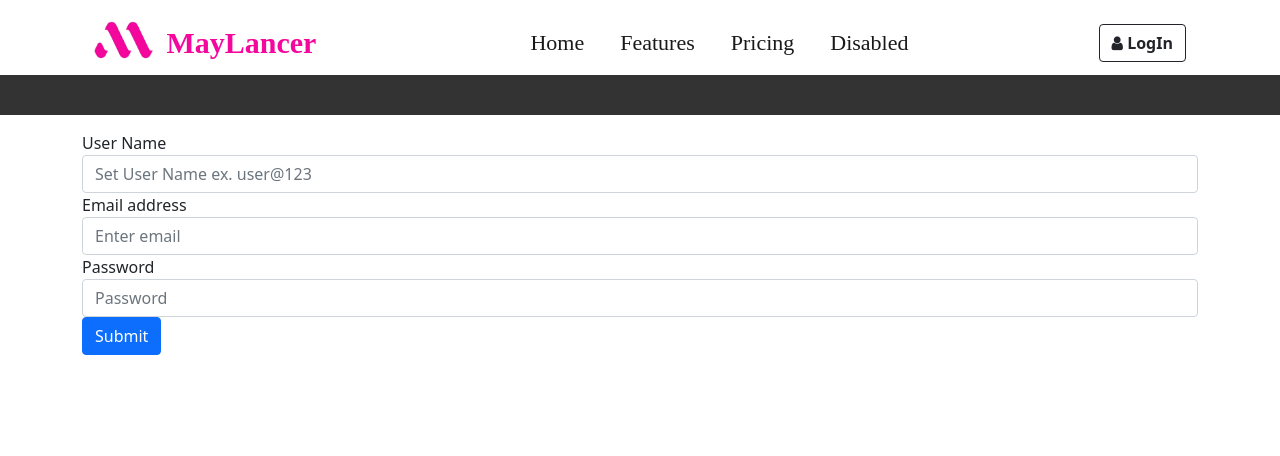
Repository: prathmesh2023/maylancers
Page: http://localhost/register
An editor plug-in stored every save of this project. The page is shown before and after the next save, followed by the edit.
The browser window is 1280 px wide. The pictures show the whole page.
Some web fonts or font styles are not loaded; a fallback is used. Some web libraries are served in a nearby version. The page is served by the project's application, run on Django 3.2 (manage.py). Other server files are loaded and not shown.

Above is the page before, as saved 2022-01-23 19:49:58.

### templates/register.html
{% extends "base.html" %} {% block title %} Register|MayLancer {% endblock title %} {% block main %}
<div class="container my-3">

    <form>
        <div class="form-group">
            <label for="exampleInputEmail1">User Name</label>
            <input type="text" class="form-control" id="exampleInputEmail1" aria-describedby="emailHelp" placeholder="Set User Name ex. user@123 ">

        </div>

        <div class="form-group">
            <label for="exampleInputEmail1">Email address</label>
            <input type="email" class="form-control" id="exampleInputEmail1" aria-describedby="emailHelp" placeholder="Enter email">

        </div>
        <div class="form-group">
            <label for="exampleInputPassword1">Password</label>
            <input type="password" class="form-control" id="exampleInputPassword1" placeholder="Password">
        </div>



        <button type="submit" class="btn btn-primary">Submit</button>
    </form>
</div>
{% endblock main %}

### templates/base.html
<!DOCTYPE html>
<html lang="en">

<head>
    <!-- Required meta tags -->
    <meta charset="utf-8" />
    <meta name="viewport" content="width=device-width, initial-scale=1" />

    <!-- Bootstrap CSS -->

    {% load static %}

    <link href="{% static 'bootstrap-5/css/bootstrap.min.css' %}" type="text/css" rel="stylesheet" />
    <link href="{% static 'css/main.css' %}" type="text/css" rel="stylesheet">

    <!-- js bostrap -->
    <script src="https://code.jquery.com/jquery-3.2.1.slim.min.js" integrity="sha384-KJ3o2DKtIkvYIK3UENzmM7KCkRr/rE9/Qpg6aAZGJwFDMVNA/GpGFF93hXpG5KkN" crossorigin="anonymous"></script>
    <script src="https://cdnjs.cloudflare.com/ajax/libs/popper.js/1.12.9/umd/popper.min.js" integrity="sha384-ApNbgh9B+Y1QKtv3Rn7W3mgPxhU9K/ScQsAP7hUibX39j7fakFPskvXusvfa0b4Q" crossorigin="anonymous"></script>
    <script src="https://maxcdn.bootstrapcdn.com/bootstrap/4.0.0/js/bootstrap.min.js" integrity="sha384-JZR6Spejh4U02d8jOt6vLEHfe/JQGiRRSQQxSfFWpi1MquVdAyjUar5+76PVCmYl" crossorigin="anonymous"></script>
    <!-- / -->
    <link rel="stylesheet" href="https://cdnjs.cloudflare.com/ajax/libs/font-awesome/4.7.0/css/font-awesome.min.css">
    <link href='https://fonts.googleapis.com/css?family=Concert One' rel='stylesheet'>
    <link href='https://fonts.googleapis.com/css?family=Courgette' rel='stylesheet'>
    <link href='https://fonts.googleapis.com/css?family=Jockey One' rel='stylesheet'>

    <!--  -->
    {% load static %}
    <title>{% block title %} {% endblock %}</title>
</head>


<body>


    <div class="container">
        <nav class="navbar navbar-expand-lg navbar-light bg-white">
            <div class="container-fluid">
                <a class="navbar-brand" href="#"><img class="brand " src="{% static 'img/logo.png' %}"> <span class="mx-2 Courgette" style=" color: #f5069d;  font-size: 30px;"> <b>MayLancer</b></span></a>
                <button class="navbar-toggler" type="button" data-bs-toggle="collapse" data-bs-target="#navbarNav" aria-controls="navbarNav" aria-expanded="false" aria-label="Toggle navigation">
      <span class="navbar-toggler-icon"></span>
    </button>
                <div class="collapse navbar-collapse" id="navbarNav">
                    <ul class="navbar-nav mx-auto ">
                        <li class="nav-item">
                            <a class="nav-link active" aria-current="page" href="#">Home</a>
                        </li>
                        <li class="nav-item ">
                            <a class="nav-link active" href="#">Features</a>
                        </li>
                        <li class="nav-item ">
                            <a class="nav-link active" href="#">Pricing</a>
                        </li>
                        <li class="nav-item  ">
                            <a class="nav-link active disabled">Disabled</a>
                        </li>
                    </ul>



                    {% if user.is_authenticated %} &nbsp;<span class=""> <b>

                        {{ user.username }}</b></span> &nbsp;&nbsp;
                    <a href="/logout">Logout</a> {% else %}
                    <a href="/login"><button class="btn btn-outline-dark"><span class="fa fa-user"> </span> <b>LogIn</b></button></a> {% endif %}

                </div>
            </div>
        </nav>
    </div>


    <div class="navbar " style="height: 40px; margin-top: -10px; background-color: #000000cc;">




    </div>


    {% block main %} {% endblock main %}

    <!--
    <div class="container my-5">
        <div class="row">
            <div class="col-md-3">

                <div class="card  m-0 p-0" style="border: solid 2px #f5069d ; border-top-right-radius: 0px; border-top-left-radius: 0px; border-top: none ;">
                    <div class="card-body ">
                        <img src="painter.jpg" class="img border-0 p-0">
                        <h2 style="margin-top:20px;">
                            Painter
                        </h2>
                        <p class="card-text"><b>Find Painters nearby you</b></p>
                        <a href="#" class="btn sub">  Find </a>
                    </div>
                </div>

            </div>


            <div class="col-md-3">

                <div class="card  m-0 p-0" style="border: solid 2px #f5069d ; border-top-right-radius: 0px; border-top-left-radius: 0px; border-top: none ;">
                    <div class="card-body ">
                        <img src="mechanic.jpg" class="img border-0 p-0">
                        <h2 style="margin-top:20px;">
                            Mechanic
                        </h2>
                        <p class="card-text"><b>Find Mechanics nearby you</b></p>
                        <a href="#" class="btn sub"> Find </a>
                    </div>
                </div>

            </div>



            <div class="col-md-3">

                <div class="card  m-0 p-0" style="border: solid 2px #f5069d ; border-top-right-radius: 0px; border-top-left-radius: 0px; border-top: none ;">
                    <div class="card-body ">
                        <img src="designer1.jpg" class="img border-0 p-0">
                        <h2 style="margin-top:20px;">
                            Designer
                        </h2>
                        <p class="card-text"><b>Find Designer nearby you</b></p>
                        <a href="#" class="btn sub"> Find </a>
                    </div>
                </div>

            </div>


            <div class="col-md-3">

                <div class="card  m-0 p-0" style="border: solid 2px #f5069d ; border-top-right-radius: 0px; border-top-left-radius: 0px; border-top: none ;">
                    <div class="card-body ">
                        <img src="doctor.jpg" class="img border-0 p-0">
                        <h2 style="margin-top:20px;">
                            Doctor
                        </h2>
                        <p class="card-text"><b>Find Doctors nearby you</b></p>
                        <a href="#" class="btn sub"> Find </a>
                    </div>
                </div>

            </div>
        </div>
    </div> -->

    <!-- / -->





    <!-- Optional JavaScript; choose one of the two! -->

    <!-- Option 1: Bootstrap Bundle with Popper -->
    <script src="https://cdn.jsdelivr.net/npm/bootstrap@5.1.3/dist/js/bootstrap.bundle.min.js " integrity="sha384-ka7Sk0Gln4gmtz2MlQnikT1wXgYsOg+OMhuP+IlRH9sENBO0LRn5q+8nbTov4+1p " crossorigin="anonymous "></script>

    <!-- Option 2: Separate Popper and Bootstrap JS -->
    <!--
    <script src="https://cdn.jsdelivr.net/npm/@popperjs/core@2.10.2/dist/umd/popper.min.js " integrity="sha384-7+zCNj/IqJ95wo16oMtfsKbZ9ccEh31eOz1HGyDuCQ6wgnyJNSYdrPa03rtR1zdB " crossorigin="anonymous "></script>
    <script src="https://cdn.jsdelivr.net/npm/bootstrap@5.1.3/dist/js/bootstrap.min.js " integrity="sha384-QJHtvGhmr9XOIpI6YVutG+2QOK9T+ZnN4kzFN1RtK3zEFEIsxhlmWl5/YESvpZ13 " crossorigin="anonymous "></script>
    -->
</body>

</html>

### app1/views.py
from django.shortcuts import render,HttpResponse,redirect
from django.contrib.auth.models import User,auth
from django.contrib.auth.decorators import login_required
from .models import User,profile

# Create your views here.

def home(request):

    return render(request, "home.html")


def login(request):

    if request.method == 'POST':
        uname = request.POST.get('uname')
        pwd = request.POST.get('pwd')

        user = auth.authenticate(username=uname, password=pwd)

        if user is not None:
            auth.login(request, user)
            return redirect('/profile')
        else:
            return HttpResponse("unamr , password invalid ")


    return render(request, "login.html")




def logout(request):
    auth.logout(request)

    return redirect('/')


def profile(request):

    if request.user.is_authenticated:


        return render(request, "profile.html")
    else:
        return redirect("/login")


def register(request):

    return render(request, "register.html")

### maylancer/urls.py
"""maylancer URL Configuration

The `urlpatterns` list routes URLs to views. For more information please see:
    https://docs.djangoproject.com/en/3.2/topics/http/urls/
Examples:
Function views
    1. Add an import:  from my_app import views
    2. Add a URL to urlpatterns:  path('', views.home, name='home')
Class-based views
    1. Add an import:  from other_app.views import Home
    2. Add a URL to urlpatterns:  path('', Home.as_view(), name='home')
Including another URLconf
    1. Import the include() function: from django.urls import include, path
    2. Add a URL to urlpatterns:  path('blog/', include('blog.urls'))
"""
from django.contrib import admin
from django.urls import path,include

urlpatterns = [
    path('admin/', admin.site.urls),
    path('',include('app1.urls'))
]

### app1/urls.py
from django.contrib import admin
from django.urls import path
from app1 import views
urlpatterns = [
    path("", views.home , name="home"),
    path("login", views.login, name="login"),
    path("logout", views.logout,name="logout"),
    path("profile", views.profile, name="profile"),
    path("register", views.register, name="register"),
]

### static/css/main.css
.primary-bg {
    background-color: rgb(255, 78, 166);
}

.brand {
    max-width: 100px;
    max-height: 39px;
    margin-top: -14px;
}

.bg-white {
    background: white;
}

.nav-item {
    font-size: large;
    font-family: 'Concert One';
    font-size: 22px;
    padding: 10px;
}

.in {
    margin-top: 50px;
}

.bgc {
    background-color: black;
    background-repeat: no-repeat;
    background-size: 100%;
    width: 100%;
    height: 400px;
}


/* fonts */

.jone {
    font-family: 'Jockey One';
}

.Courgette {
    font-family: 'Courgette';
}

.searchbox {}

.searchbox input {
    border-radius: 0%;
    height: 50px;
    background-color: #ffffffd9;
}

.bt {
    border-radius: 0%;
    height: 50px;
    font-family: cursive;
}

.di {
    color: white;
    border-radius: 0%;
}


/* cards */


/* .sub {
    background: #f5069d;
    color: white;
}

.img-thumbnail {
    padding: 0px;
}

.img {
    margin-left: -31px;
    width: 120%;
    height: 180px;
    border-style: solid;
    border-size: px;
    padding: 10px;
    box-shadow: 5px 10px 18px #888888;
    margin-top: -25px;
}

.card {
    box-shadow: 5px 10px 18px #888888;
}
*/

.card_main {
    margin-top: -100px;
}

.sub {
    background: #f5069d;
    color: white;
}

.img-thumbnail {
    padding: 0px;
}

.img {
    margin-left: -31px;
    width: 120%;
    height: 180px;
    border-style: solid;
    border-size: px;
    padding: 10px;
    box-shadow: 5px 10px 18px #888888;
    margin-top: -25px;
}

.card {
    box-shadow: 5px 10px 18px #888888;
}


/*  */

Loaded but not shown: static/bootstrap-5/css/bootstrap.min.css (library)

After the next save:
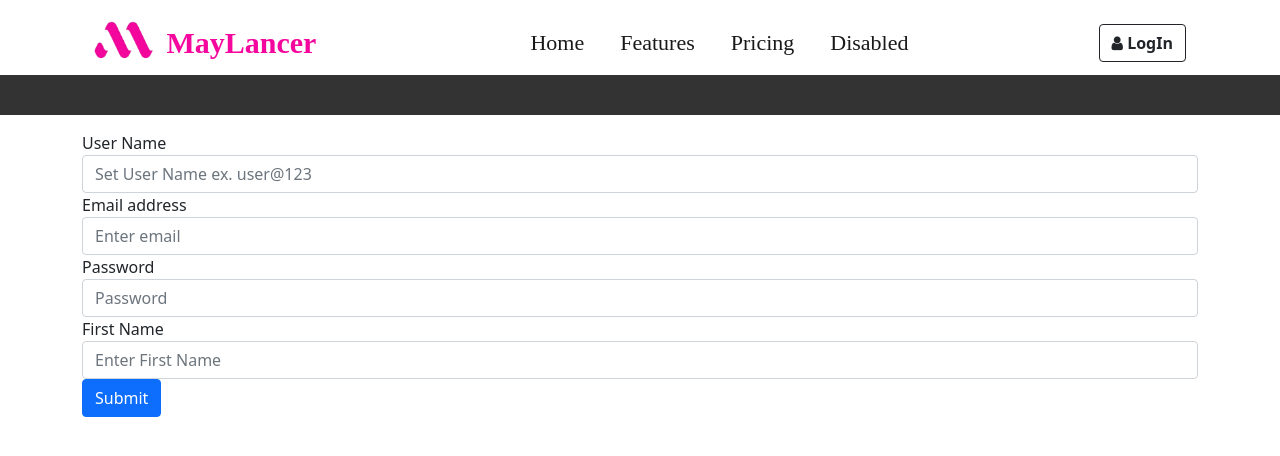
Saved 48 s later.
--- a/templates/register.html
+++ b/templates/register.html
@@ -18,7 +18,11 @@
             <input type="password" class="form-control" id="exampleInputPassword1" placeholder="Password">
         </div>
 
+        <div class="form-group">
+            <label for="exampleInputEmail1">First Name</label>
+            <input type="text" class="form-control" id="exampleInputEmail1" aria-describedby="emailHelp" placeholder="Enter First Name ">
 
+        </div>
 
         <button type="submit" class="btn btn-primary">Submit</button>
     </form>
